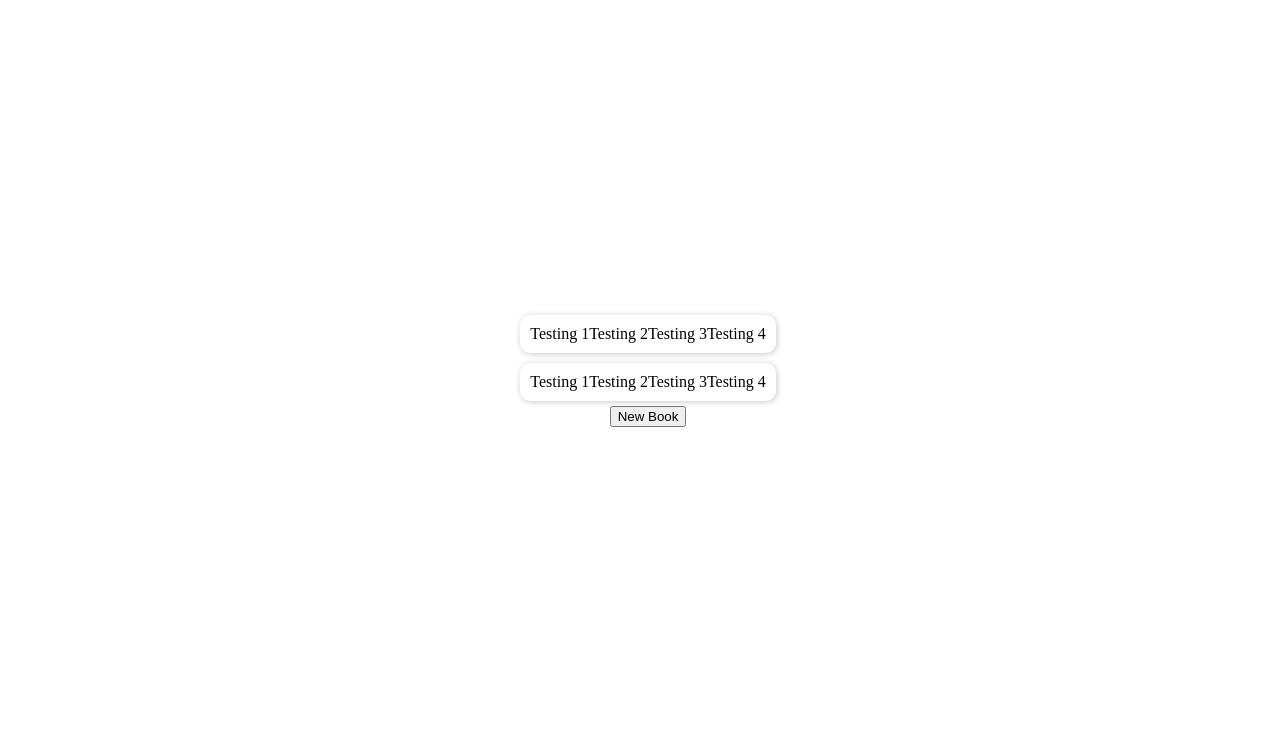
Repository: kocokoy/library
Page: index.html
An editor plug-in stored every save of this project. The page is shown before and after the next save, followed by the edit.
The browser window is 1280 px wide. The page is 1288 px wide, so the pictures cover 1288 px, including what lies to the right of the window. The pictures show the whole page.

Above is the page before, as saved 2024-11-05 15:54:15.

After the next save:
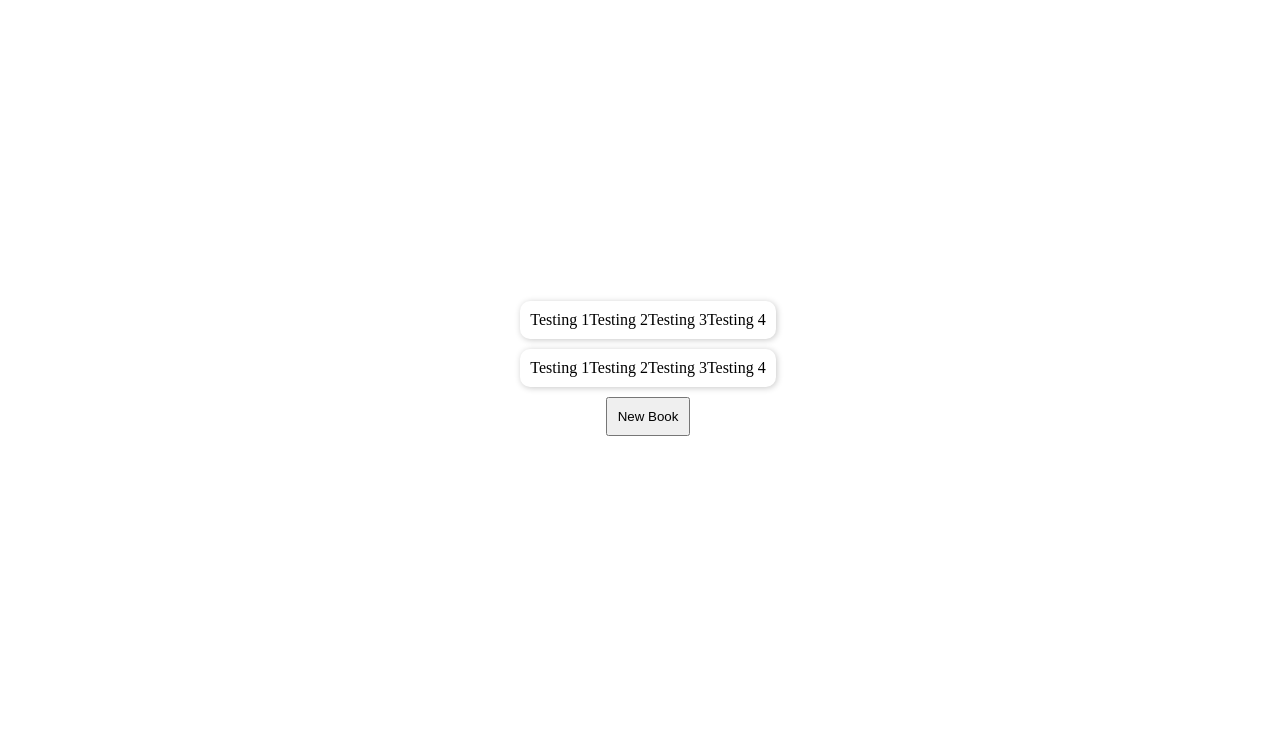
Saved 21 s later.
--- a/style.css
+++ b/style.css
@@ -21,5 +21,6 @@ body{
 }
 
 .new-book-button{
-
+  padding: 10px;
+  margin: 5px;
 }
